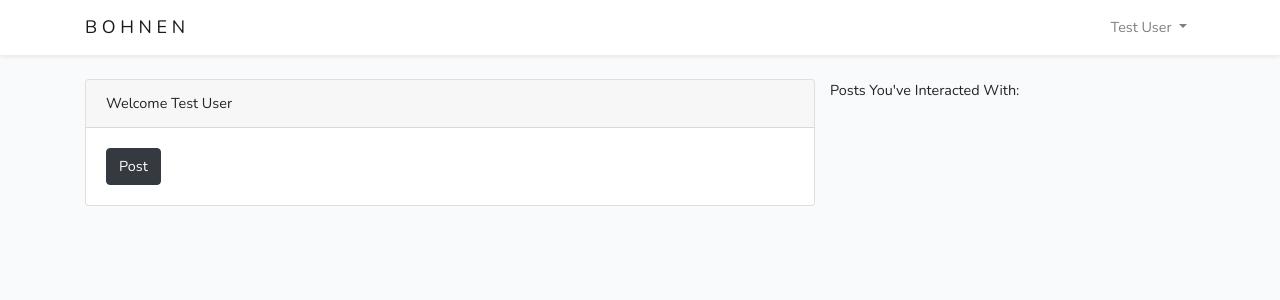
Repository: davidbohnen/BOHNEN
Page: http://localhost/home
These files come from the project's save history. The page is drawn as it stood at one moment and after the next save; the edit follows.
The browser window is 1280 px wide. The pictures show the whole page.
The page is served by the project's Laravel application, run on PHP 8.4 with Laravel 8. A made-up administrator, Test User (test@example.com), is signed in.

Above is the page before, as saved 2020-05-05 21:14:48.

After the next save:
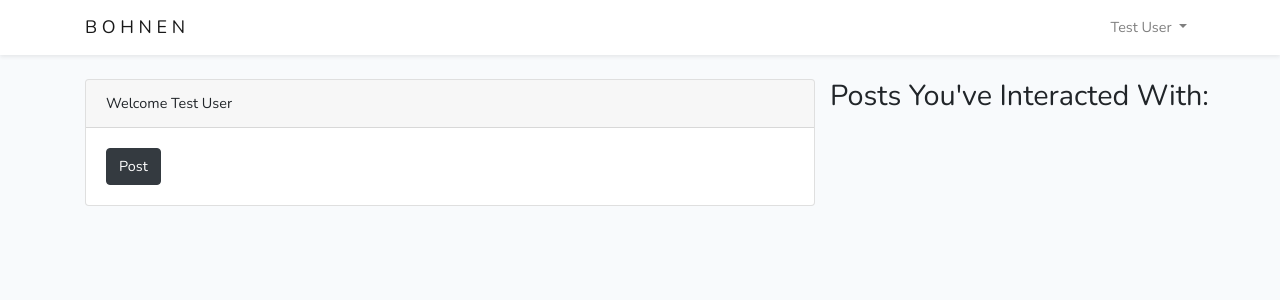
Saved 29 s later.
--- a/resources/views/home.blade.php
+++ b/resources/views/home.blade.php
@@ -20,7 +20,8 @@
             </div>
         </div>
 
-        Posts You've Interacted With:
+        <br>
+        <h2>Posts You've Interacted With:</h2>
         <hr>
 
 
